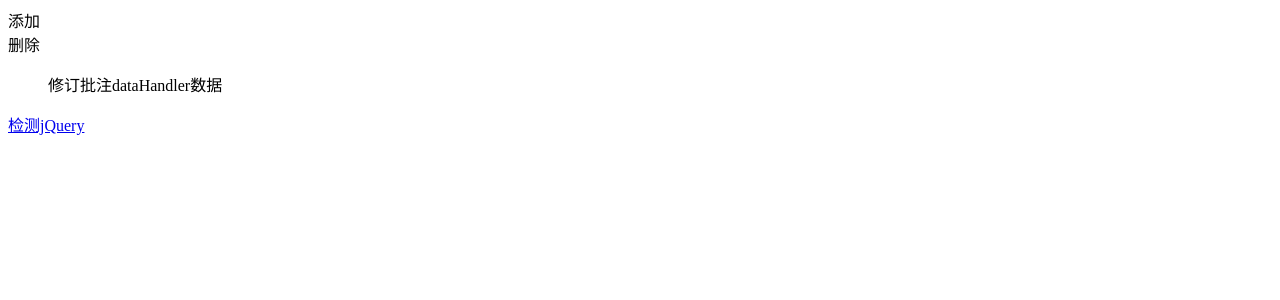
Repository: herorest/plugin
Page: panel/info.html
These files come from the project's save history. The page is drawn as it stood at one moment and after the next save; the edit follows.
The browser window is 1280 px wide. The pictures show the whole page.

Above is the page before, as saved 2019-06-11 11:42:09.

After the next save:
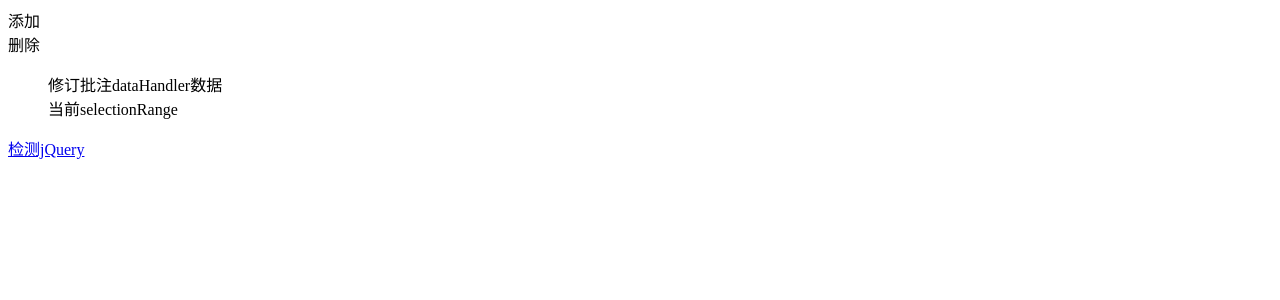
Saved 78 s later.
--- a/panel/info.html
+++ b/panel/info.html
@@ -90,6 +90,9 @@
 				<li>
 					<span>修订批注dataHandler数据</span>
 				</li>
+				<li>
+					<span>当前selectionRange</span>
+				</li>
 			</ul>
 		</div>
 	</div>
